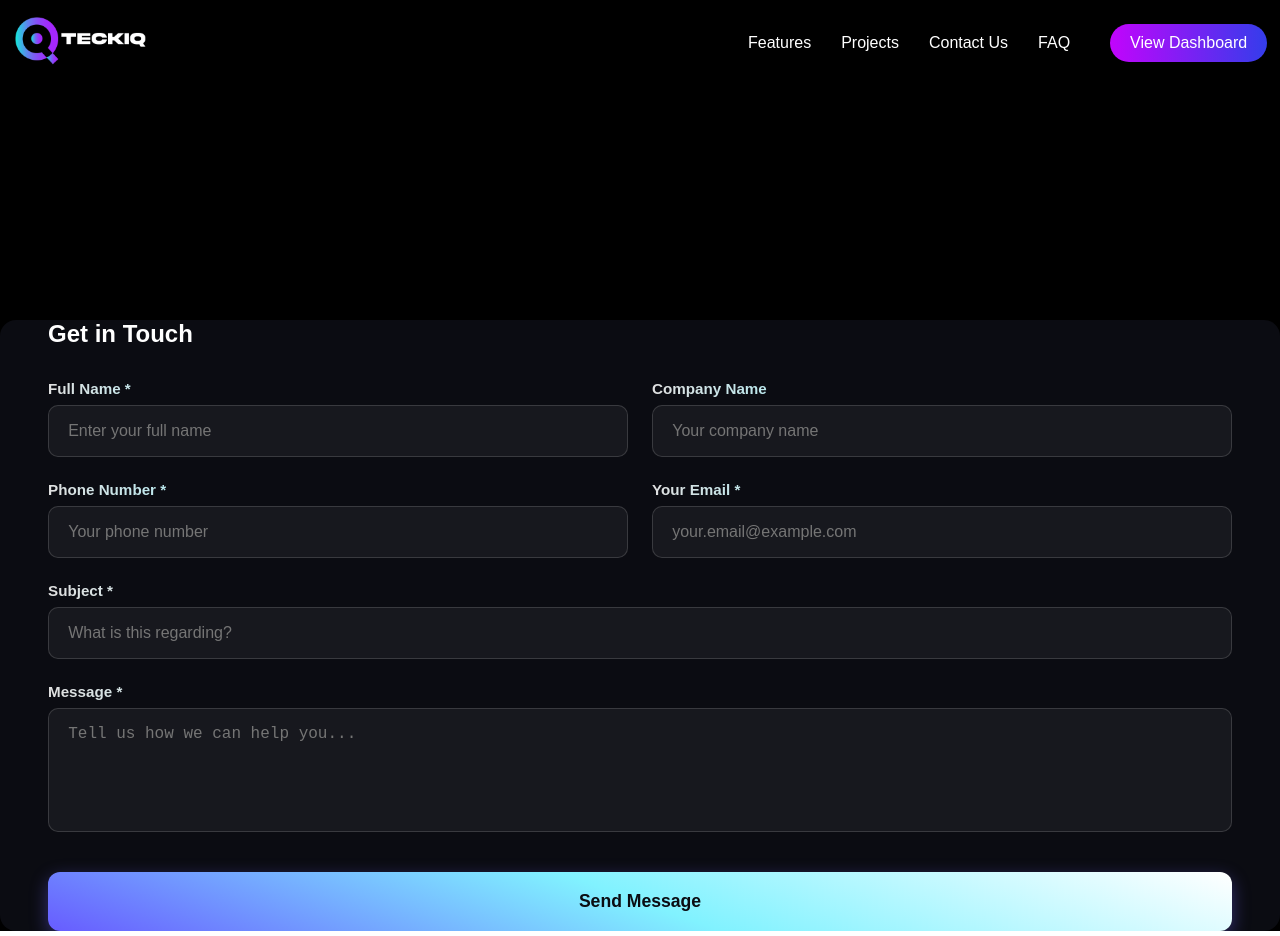
Repository: Uge-dev/Tekagon
Page: frontend/pages/contact.html
These files come from the project's save history. The page is drawn as it stood at one moment and after the next save; the edit follows.
The browser window is 1280 px wide. The pictures show the whole page.

Above is the page before, as saved 2026-05-05 15:52:42.

### frontend/pages/contact.html
<!DOCTYPE html>
<html lang="en">

<head>
    <meta charset="UTF-8">
    <meta name="viewport" content="width=device-width, initial-scale=1.0">
    <title>Admin Dashboard - Tekagon</title>
    <link rel="stylesheet" href="../styles/contact.css">
    <link rel="stylesheet" href="../styles/style.css">
    <link rel="stylesheet" href="https://cdnjs.cloudflare.com/ajax/libs/font-awesome/6.4.0/css/all.min.css">


    <style>
        body {
    font-family: "Poppins", sans-serif;
    background: linear-gradient(30deg, #000000, #000000);

    /* Reduced to move content up */
}
    </style>
</head>

<body>
  <header class="main-header">
  <div class="header-container">
    <div class="logo">
      <a href="#"><img src="../Images/TeckIQ white text.png" alt="TeckIQ Logo"></a>
    </div>

    <nav class="nav-wrapper" id="menu-item" >
      <div class="nav-links">
        <a href="#feature">Features</a>
        <a href="#project">Projects</a>
        <a href="#contact">Contact Us</a>
        <a href="#FAQ">FAQ</a>
      </div>
      <a href="./pages/Dasnboard.html" class="dashboard-btn">View Dashboard</a>
    </nav>

    <button class="hamburger-toggle" id="mobile-toggle" aria-label="Toggle Navigation">
      <span class="bar"></span>
      <span class="bar"></span>
      <span class="bar"></span>
    </button>
  </div>
</header>



   <section class="contact-section". style="margin-top: 20rem;">
        <h2 class="header-title">Get in Touch</h2>
        <form class="contact-form" id="contactForm" action="https://formsubmit.co/tekagon.digital@gmail.com"
            method="POST">
            <!-- FormSubmit Configuration -->
            <input type="text" name="_honey" style="display:none">
            <input type="hidden" name="_captcha" value="false">
            <input type="hidden" name="_template" value="table">
            <input type="hidden" name="_subject" value="New Contact Form Submission from Website">

            <!-- Optional: Redirect after success -->
            <!-- <input type="hidden" name="_next" value="https://yourwebsite.com/thank-you.html"> -->

            <!-- Optional: CC other emails -->
            <!-- <input type="hidden" name="_cc" value="other@email.com"> -->

            <div class="contact-row">
                <div class="contact-group">
                    <label>Full Name <span>*</span></label>
                    <input type="text" id="fullName" name="name" placeholder="Enter your full name" required />
                    <div class="error-text" id="nameError">Please enter your full name</div>
                </div>
                <div class="contact-group">
                    <label>Company Name</label>
                    <input type="text" id="companyName" name="company" placeholder="Your company name" />
                </div>
            </div>

            <div class="contact-row">
                <div class="contact-group">
                    <label>Phone Number <span>*</span></label>
                    <input type="tel" id="phoneNumber" name="phone" placeholder="Your phone number" required />
                    <div class="error-text" id="phoneError">Please enter a valid phone number</div>
                </div>
                <div class="contact-group">
                    <label>Your Email <span>*</span></label>
                    <input type="email" id="email" name="email" placeholder="your.email@example.com" required />
                    <div class="error-text" id="emailError">Please enter a valid email address</div>
                </div>
            </div>

            <div class="contact-group">
                <label>Subject <span>*</span></label>
                <input type="text" id="subject" name="subject" placeholder="What is this regarding?" required />
                <div class="error-text" id="subjectError">Please enter a subject</div>
            </div>

            <div class="contact-group">
                <label>Message <span>*</span></label>
                <textarea id="message" name="message" rows="5" placeholder="Tell us how we can help you..."
                    required></textarea>
                <div class="error-text" id="messageError">Please enter your message</div>
            </div>

            <div class="error-message" id="formError">
                <!-- Error message will appear here -->
            </div>

            <button type="submit" id="submitBtn" class="contact-submit">
                <div class="submit-loader"></div>
                <span class="submit-text">
                    <i data-feather="send"></i> Send Message
                </span>
            </button>
        </form>
    </section>

    <!-- Sending Overlay -->
    <div class="sending-overlay" id="sendingOverlay">
        <div class="sending-animation">
            <div class="spinner"></div>
            <h3>Sending Your Message</h3>
            <p>Please wait while we send your message. This will only take a moment.</p>
        </div>
    </div>

    <!-- Success Popup -->
    <div class="success-popup" id="successPopup">
        <div class="success-content">
            <div class="success-icon">
                <i data-feather="check"></i>
            </div>
            <h2>Message Sent Successfully!</h2>
            <p>Thank you for contacting us. We've received your message and will get back to you within 24 hours.</p>
            <button class="close-btn" id="closeSuccess">Got It</button>
        </div>
    </div>
</body>

</html>

### frontend/styles/contact.css
 .contact-section {
   background: #0b0c12;
   padding: 1rem;
   color: #fff;
   padding: 0px 3rem;
   display: flex;
   flex-direction: column;
   gap: 2rem;
   border-radius: 16px;
   box-shadow: 0 0 30px rgba(0, 0, 0, 0.4);
   width: 100%;


   justify-content: center;

 }

 .contact-title {
   font-size: 1.8rem;
   font-weight: 600;
   margin-bottom: 1.5rem;
   color: #b8c6ff;
   border-left: 4px solid #81f2ff;
   padding-left: 16px;
   text-transform: uppercase;
   letter-spacing: 0.05em;
   background: linear-gradient(to right, rgb(224, 224, 224), #81f2ff, #675cff);
   -webkit-background-clip: text;
   -webkit-text-fill-color: transparent;
 }

 .contact-form {
   display: flex;
   flex-direction: column;
   gap: 1.5rem;
 }

 .contact-row {
   display: grid;
   grid-template-columns: repeat(auto-fit, minmax(250px, 1fr));
   gap: 1.5rem;
 }

 .contact-group {
   display: flex;
   flex-direction: column;
   gap: 0.5rem;
 }

 .contact-group label {
   font-size: 0.95rem;
   background: linear-gradient(to right, rgb(224, 224, 224), #81f2ff, #675cff);
   -webkit-background-clip: text;
   -webkit-text-fill-color: transparent;
   font-weight: 600;
 }

 .contact-group label span {
   color: #ff7575;
 }

 .contact-group input,
 .contact-group textarea {
   background: rgba(255, 255, 255, 0.05);
   border: 1px solid rgba(255, 255, 255, 0.15);
   color: #fff;
   border-radius: 10px;
   padding: 1rem 1.2rem;
   font-size: 1rem;
   transition: all 0.3s ease;
   resize: none;
 }

 .contact-group input:focus,
 .contact-group textarea:focus {
   outline: none;
   border-color: #81f2ff;
   box-shadow: 0 0 0 2px rgba(129, 242, 255, 0.2);
 }

 .contact-group input.error,
 .contact-group textarea.error {
   border-color: #ff7575;
   box-shadow: 0 0 0 2px rgba(255, 117, 117, 0.2);
 }

 .contact-submit {
   display: flex;
   align-items: center;
   justify-content: center;
   gap: 12px;
   background: linear-gradient(200deg, rgb(255, 255, 255), #81f2ff, #675cff);
   border: none;
   border-radius: 12px;
   padding: 1.2rem 2.5rem;
   color: #0b0c12;
   font-size: 1.1rem;
   font-weight: 600;
   cursor: pointer;
   box-shadow: 0 6px 18px rgba(111, 101, 255, 0.4);
   transition: all 0.3s ease;
   margin-top: 1rem;
   position: relative;
   overflow: hidden;
 }

 .contact-submit:hover {
   transform: translateY(-3px);
   box-shadow: 0 10px 25px rgba(111, 101, 255, 0.6);
 }

 .contact-submit:active {
   transform: translateY(-1px);
 }

 .contact-submit:disabled {
   opacity: 0.7;
   cursor: not-allowed;
   transform: none;
 }

 .contact-submit i {
   width: 20px;
   height: 20px;
 }

 .submit-loader {
   display: none;
   width: 20px;
   height: 20px;
   border: 3px solid rgba(11, 12, 18, 0.3);
   border-top: 3px solid #0b0c12;
   border-radius: 50%;
   animation: spin 1s linear infinite;
 }

 .contact-submit.sending .submit-text {
   display: none;
 }

 .contact-submit.sending .submit-loader {
   display: block;
 }

 .error-text {
   color: #ff7575;
   font-size: 0.85rem;
   margin-top: 0.3rem;
   display: none;
 }

 .sending-overlay {
   position: fixed;
   top: 0;
   left: 0;
   width: 100%;
   height: 100%;
   background-color: rgba(0, 0, 0, 0.85);
   display: flex;
   justify-content: center;
   align-items: center;
   z-index: 1000;
   opacity: 0;
   visibility: hidden;
   transition: opacity 0.3s, visibility 0.3s;
 }

 .sending-overlay.active {
   opacity: 1;
   visibility: visible;
 }

 .sending-animation {
   background: rgba(20, 21, 30, 0.95);
   padding: 50px;
   border-radius: 20px;
   text-align: center;
   max-width: 450px;
   width: 90%;
   box-shadow: 0 20px 60px rgba(0, 0, 0, 0.5);
   transform: scale(0.9);
   animation: scaleIn 0.3s forwards;
   border: 1px solid rgba(129, 242, 255, 0.2);
 }

 @keyframes scaleIn {
   to {
     transform: scale(1);
   }
 }

 .spinner {
   width: 70px;
   height: 70px;
   border: 4px solid rgba(129, 242, 255, 0.1);
   border-top: 4px solid #81f2ff;
   border-radius: 50%;
   animation: spin 1s linear infinite;
   margin: 0 auto 25px;
 }

 @keyframes spin {
   0% {
     transform: rotate(0deg);
   }

   100% {
     transform: rotate(360deg);
   }
 }

 .sending-animation h3 {
   color: #81f2ff;
   margin-bottom: 15px;
   font-size: 24px;
   background: linear-gradient(to right, #81f2ff, #675cff);
   -webkit-background-clip: text;
   -webkit-text-fill-color: transparent;
 }

 .sending-animation p {
   color: #b8c6ff;
   font-size: 16px;
   opacity: 0.8;
 }

 .success-popup {
   position: fixed;
   top: 0;
   left: 0;
   width: 100%;
   height: 100%;
   background-color: rgba(0, 0, 0, 0.9);
   display: flex;
   justify-content: center;
   align-items: center;
   z-index: 1001;
   opacity: 0;
   visibility: hidden;
   transition: opacity 0.3s, visibility 0.3s;
 }

 .success-popup.active {
   opacity: 1;
   visibility: visible;
 }

 .success-content {
   background: rgba(20, 21, 30, 0.95);
   padding: 60px 50px;
   border-radius: 20px;
   text-align: center;
   max-width: 500px;
   width: 90%;
   box-shadow: 0 20px 60px rgba(0, 0, 0, 0.5);
   transform: scale(0.9);
   animation: popIn 0.5s forwards;
   border: 1px solid rgba(46, 204, 113, 0.2);
 }

 @keyframes popIn {
   0% {
     transform: scale(0.9);
     opacity: 0;
   }

   100% {
     transform: scale(1);
     opacity: 1;
   }
 }

 .success-icon {
   width: 100px;
   height: 100px;
   background: linear-gradient(135deg, #2ecc71, #27ae60);
   border-radius: 50%;
   display: flex;
   justify-content: center;
   align-items: center;
   margin: 0 auto 30px;
   animation: bounce 0.6s;
 }

 @keyframes bounce {

   0%,
   20%,
   50%,
   80%,
   100% {
     transform: translateY(0);
   }

   40% {
     transform: translateY(-15px);
   }

   60% {
     transform: translateY(-7px);
   }
 }

 .success-icon i {
   color: white;
   font-size: 50px;
 }

 .success-content h2 {
   margin-bottom: 20px;
   color: #2ecc71;
   font-size: 32px;
   font-weight: 700;
 }

 .success-content p {
   margin-bottom: 35px;
   color: #b8c6ff;
   font-size: 18px;
   line-height: 1.6;
 }

 .close-btn {
   background: linear-gradient(135deg, #2ecc71, #27ae60);
   color: white;
   border: none;
   padding: 16px 40px;
   font-size: 17px;
   border-radius: 12px;
   cursor: pointer;
   transition: all 0.3s ease;
   font-weight: 600;
 }

 .close-btn:hover {
   transform: translateY(-2px);
   box-shadow: 0 8px 20px rgba(46, 204, 113, 0.3);
 }

 .error-message {
   background: linear-gradient(135deg, rgba(255, 234, 167, 0.1), rgba(250, 177, 160, 0.1));
   color: #ff7575;
   padding: 20px;
   border-radius: 12px;
   margin-top: 25px;
   border-left: 5px solid #ff7575;
   display: none;
   font-weight: 600;
   text-align: center;
   backdrop-filter: blur(10px);
 }

 .error-message.active {
   display: block;
   animation: slideIn 0.3s ease;
 }

 @keyframes slideIn {
   from {
     opacity: 0;
     transform: translateY(-10px);
   }

   to {
     opacity: 1;
     transform: translateY(0);
   }
 }

 @media (max-width: 768px) {
   body {
     padding: 1rem;
   }

   .contact-section {
     padding: 2rem 1.5rem;
   }

   .contact-row {
     grid-template-columns: 1fr;
   }

   .contact-title {
     font-size: 1.5rem;
   }

   .sending-animation,
   .success-content {
     padding: 30px 20px;
   }
 }

 @media (max-width: 480px) {
   .contact-section {
     padding: 1.5rem 1rem;
   }

   .contact-submit {
     padding: 1rem 1.5rem;
   }
 }

Loaded but not shown: frontend/styles/style.css (1608 lines, source omitted)

After the next save:
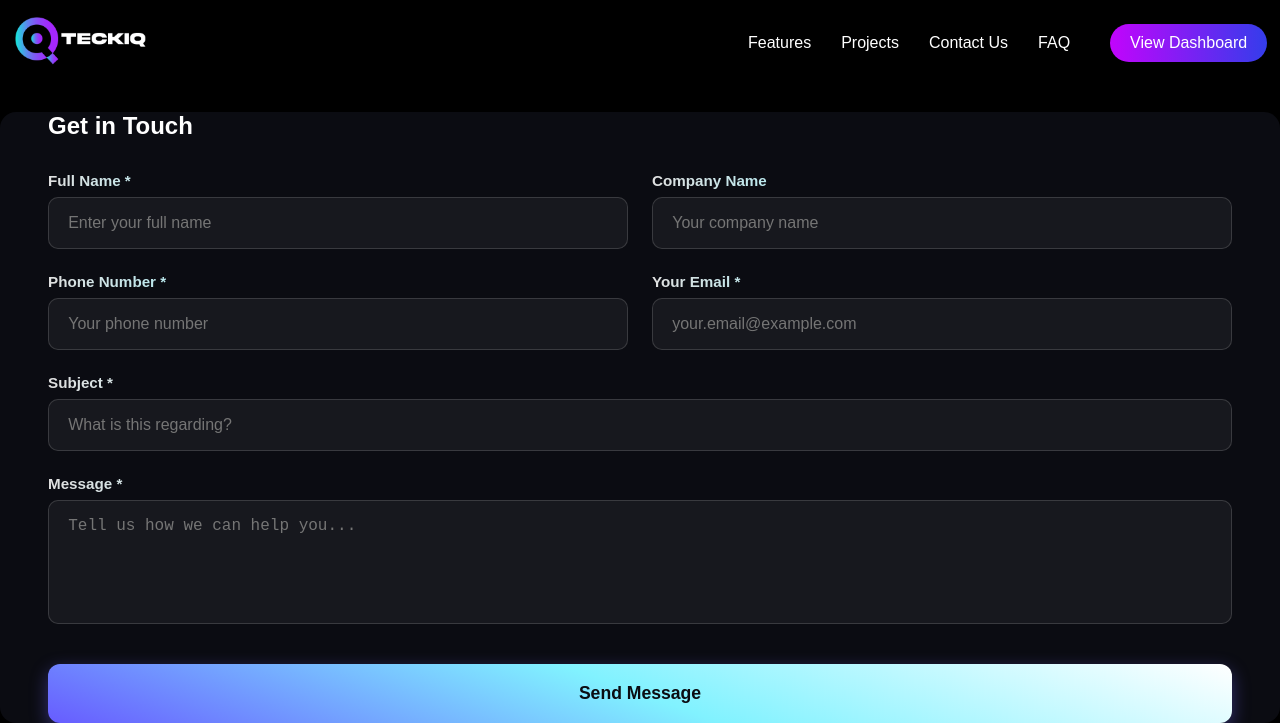
Saved 8 s later.
--- a/frontend/pages/contact.html
+++ b/frontend/pages/contact.html
@@ -47,7 +47,7 @@
 
 
 
-   <section class="contact-section". style="margin-top: 20rem;">
+   <section class="contact-section". style="margin-top: 7rem;">
         <h2 class="header-title">Get in Touch</h2>
         <form class="contact-form" id="contactForm" action="https://formsubmit.co/tekagon.digital@gmail.com"
             method="POST">
